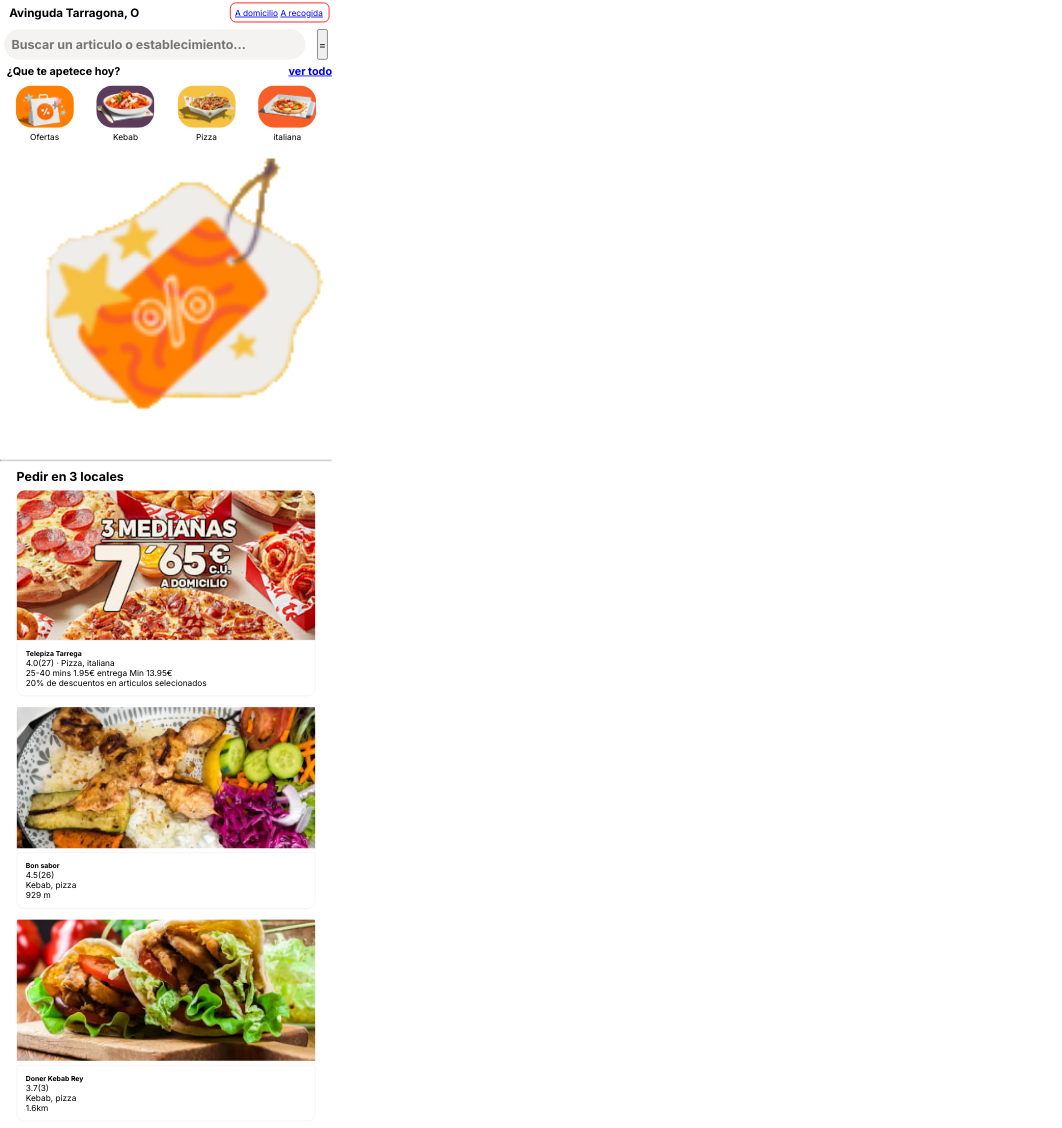
Repository: Srpinedaa/justEat
Page: index.html
These files come from the project's save history. The page is drawn as it stood at one moment and after the next save; the edit follows.
The browser window is 1280 px wide. The pictures show the whole page, at 83% of full size.

Above is the page before, as saved 2024-10-03 16:05:26.

### index.html
<!DOCTYPE html>
<html lang="en">

<head>
    <meta charset="UTF-8">
    <meta name="viewport" content="width=, initial-scale=1.0">
    <title>Just Eat</title>
    <link href="https://fonts.googleapis.com/css2?family=Inter:ital,opsz,wght@0,14..32,100..900;1,14..32,100..900&display=swap" rel="stylesheet">
    <link rel="stylesheet" href="css/estilos.css">
</head>

<body>
    <div id="all">
        <header>
            <div id="navDireccion">
                <h2 class="direccion">Avinguda Tarragona, O</h2>
                <div class="formaPedido">
                    <a href="#">A domicilio</a>
                    <a href="#">A recogida</a>
                </div>
            </div>

            <div id="navBuscador">
                <input type="search" placeholder="Buscar un articulo o establecimiento...">
                <button>=</button>
            </div>
        </header>
        <main>
            <div id="contenido">
                <div id="bloque1">
                    <section class="bloque1Sesion1">
                        <h4>¿Que te apetece hoy?</h4>
                        <h4><a href="#">ver todo</a></h4>
                    </section>
                    <section class="bloque1Sesion2">
                        <div class="fotoComida ofertas">
                            <img src="img/ofertas.png" alt="ofertas">
                            <p>Ofertas</p>
                        </div>
                        <div class="fotoComida kebab">
                            <img src="img/italiana.png" alt="kebab">
                            <p>Kebab</p>
                        </div>
                        <div class="fotoComida italiana">
                            <img src="img/kebab.png" alt="italiana">
                            <p>Pizza</p>
                        </div>
                        <div class="fotoComida pizza">
                            <img src="img/pizza.png" alt="pizza">
                            <p>italiana</p>
                        </div>
                    </section>
                </div>
                <div id="bloque2">
                    <div id="slideShow">
                        <img src="img/descuento.png" alt="descuentos">
                    </div>
                </div>
                <hr>
                <div id="bloque3">
                    <h2>Pedir en 3 locales</h2>
                    <section class="bloquePedidos">
                        <div class="pedido">
                            <div class="imagenPedido">
                                <img src="img/pizza.jpg" alt="pizza">
                            </div>
                            <div class="informacionPedido">
                                <h5>Telepiza Tarrega</h5>
                                <p>4.0(27) · Pizza, italiana</p>
                                <p>25-40 mins 1.95€ entrega Min 13.95€</p>
                                <p>20% de descuentos en articulos selecionados</p>
                            </div>
                        </div>
                        <div class="pedido">
                            <div class="imagenPedido">
                                <img src="img/combinat.png" alt="pizza">
                            </div>
                            <div class="informacionPedido">
                                <h5>Bon sabor</h5>
                                <p>4.5(26)</p>
                                <p>Kebab, pizza</p>
                                <p>929 m</p>
                            </div>
                        </div>
                        <div class="pedido">
                            <div class="imagenPedido">
                                <img src="img/doner.png" alt="pizza">
                            </div>
                            <div class="informacionPedido">
                                <h5>Doner Kebab Rey</h5>
                                <p>3.7(3)</p>
                                <p>Kebab, pizza</p>
                                <p>1.6km</p>
                            </div>
                        </div>
                    </section>
                </div>
            </div>
        </main>
        <footer></footer>
    </div>
</body>

</html>

### css/estilos.css
*{
    margin: 0;
    padding: 0;
    box-sizing: border-box;
    font-family: "Inter", sans-serif;
}

html{
    font-size: 62.5%;
}

#all{
    /* border: 1px solid red; */
    overflow: hidden;
    width: 40rem;

}

#navDireccion{
    /* border: 1px solid green; */
    display: flex;
    justify-content: space-between;
    margin-bottom: 9px;
    padding: 3px;
    align-items: center;
    margin: 0;
}

#navBuscador{
    padding: 5px;
    /* border: 1px solid blue; */
    display: flex;
    justify-content: space-between;
}

.direccion{
    margin-left: 8px;
    font-size: 1.4rem;
    font-weight:bolder;
    color: black;
}

#navBuscador input{
    width: 93%;
    border-radius: 3rem;
    padding: 8px;
    border: 1px solid #f5f3f1;
    background-color: #f5f3f1;
    font-size: 1.5rem;
    font-weight: bolder;

}

.buscador{
    /* border: 1px solid red; */
    border-radius: 7px;
    padding: 5px;
}


#slideShow{
    width: 100%;
    height: auto;
    margin-bottom: 2rem;
    padding: 5px;
    /* border: 1px solid cadetblue; */
}

#slideShow img{
    width: 100%;
    height: 100%;
}

.formaPedido{
    border: 1px solid red;
    border-radius: 7px;
    padding: 5px;
    width: 12rem;
    padding: 5px;

}

#contenido{
    /* border: 1px solid green; */
}

#bloque1{
    /* border: 1px solid blue; */
    display: flex;
    flex-direction: column;
}

.bloque1Sesion1{
    /* border: 1px solid pink; */
    display: flex;
    justify-content: space-between;
}

.bloque1Sesion1 h4{
    font-size: 1.3rem;
}

.bloque1Sesion1 h4:first-child{
    margin-left: 8px;
}

.bloque1Sesion2{
    /* border: 1px solid brown; */
    display: flex;
    width: 100%;
    justify-content: space-between;
    padding: 5px;
}

.fotoComida{
    width: 15rem;
    height: auto;
    padding: 5px;
    display: flex;
    flex-direction: column;
    align-items: center;
}

.fotoComida img{
    width: 100%;
    height: 100%;
    /* border: 1px solid salmon; */
}

.ofertas img,
.kebab img,
.italiana img,
.pizza img{
    border-radius: 2rem;
    width: 7rem;
}

.ofertas img{
    background-color: #ff8000;
}

.kebab img{
    background-color: #5b3d5b;

}

.pizza img{
    background-color: #f75e28;

}

.italiana img{
    background-color: #f6c243;

}

.fotoComida p{
    margin: 5px 0;
}

#bloque3{
    margin-top: 8px;
}

#bloque3 h2{
    margin-bottom: 8px;
    margin-left: 2rem;
}

.bloquePedidos{
    /* border: 1px solid blue; */
}

.pedido{
    width: 100%;
    /* border: 1px solid green; */
    display: flex;
    flex-direction: column;
    border-radius: 8px;
    margin-bottom: 8px;
}

.imagenPedido{
    width: 36rem;
    /* border: 1px solid red; */
    display: flex;
    justify-content: center;
    align-items: center;
    height: 18rem;
    overflow: hidden;
    border-top-right-radius: 9px;
    border-top-left-radius: 9px;
    margin: 0 auto;
    /* position: relative; */
}

.imagenPedido img{
    width: 100%;
    height: auto;
}

.informacionPedido{
    width: 36rem;
    /* background-color: wheat; */
    display: flex;
    flex-direction: column;
    flex-wrap: wrap;
    margin: 0 auto;
    padding: 1rem;
    border-bottom-left-radius: 9px;
    border-bottom-right-radius: 9px;
    border: 1px solid #f2f2f2;

}

.informacionPedido h5{
    width: 100%;
}

.informacionPedido p:last-child{
    width: 100%;
}

After the next save:
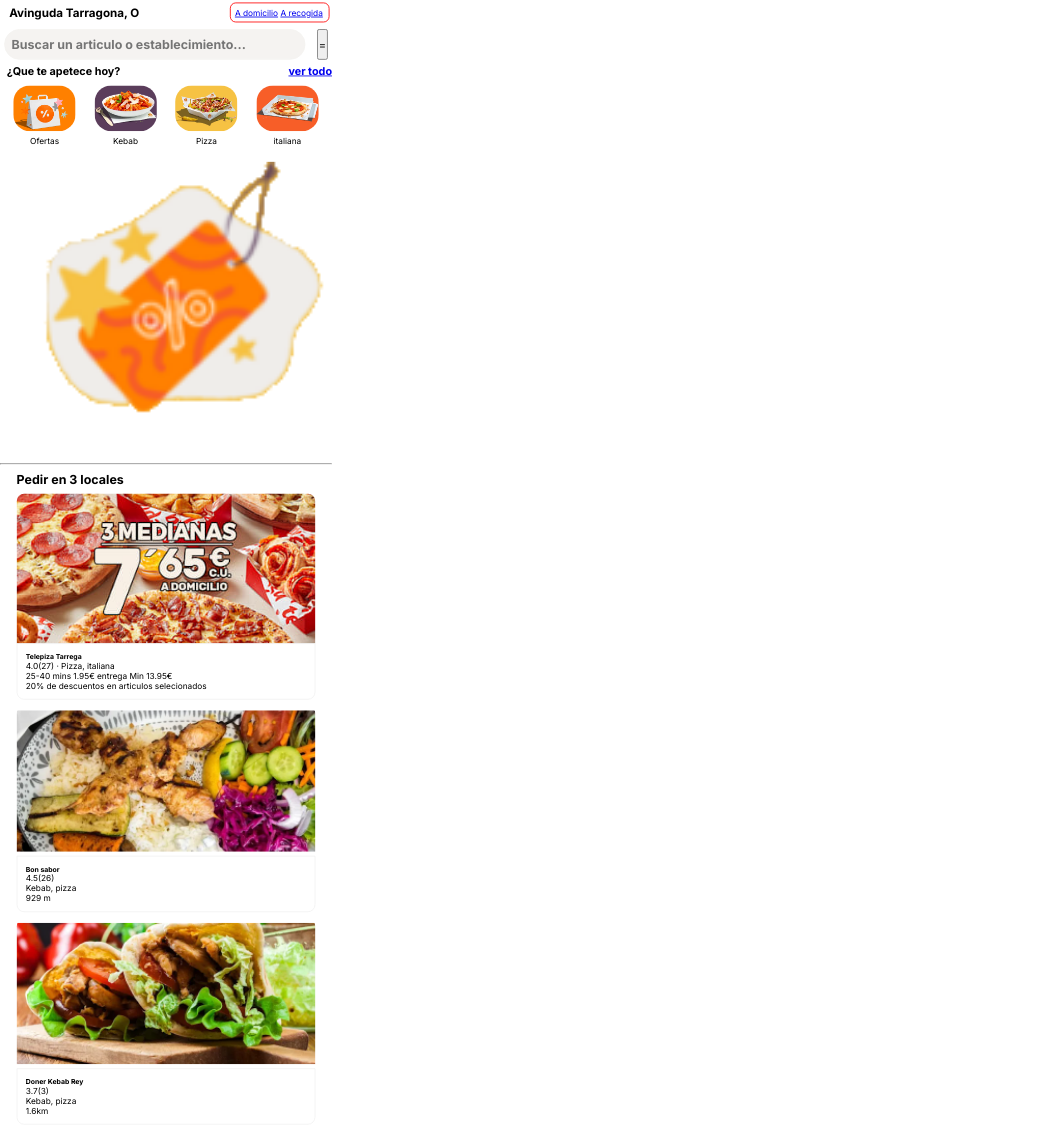
Saved 12 s later.
--- a/css/estilos.css
+++ b/css/estilos.css
@@ -132,7 +132,7 @@
 .italiana img,
 .pizza img{
     border-radius: 2rem;
-    width: 7rem;
+    width: 7.5rem;
 }
 
 .ofertas img{
